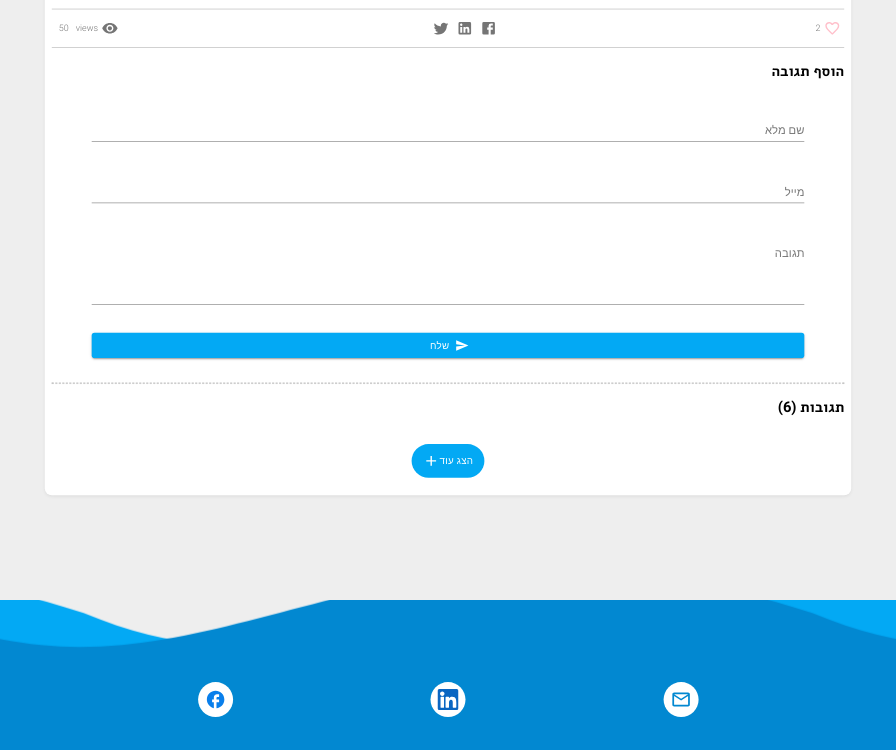
Repository: Ylan-sayada/blog-web-junior
Page: /article/1
These files come from the project's save history. The page is drawn as it stood at one moment and after the next save; the edit follows.
The browser window is 1280 px wide. The pictures show the part of the page from y = 529 to 2449 px (the page is 1600 px tall before and 2449 px after), at 70% of full size.
The project was rebuilt for these pictures with package versions that can differ from the ones it lists, and the page was loaded fresh each time. Also part of the build but not shown: src/common/mainComponents/Header.tsx, src/utils/isEmail.ts, src/common/vendorComponents/materialUi/input/NewsletterInput.tsx, src/utils/getRect.ts, src/common/mainComponents/Newsletter.tsx, src/common/components/ect/Img.tsx, src/common/components/ect/PreviewArticle.tsx, src/common/mainComponents/ArticleWidgetGenerator.tsx and 4 more.

Above is the page before, as saved 2021-06-04 11:49:38.

After the next save:
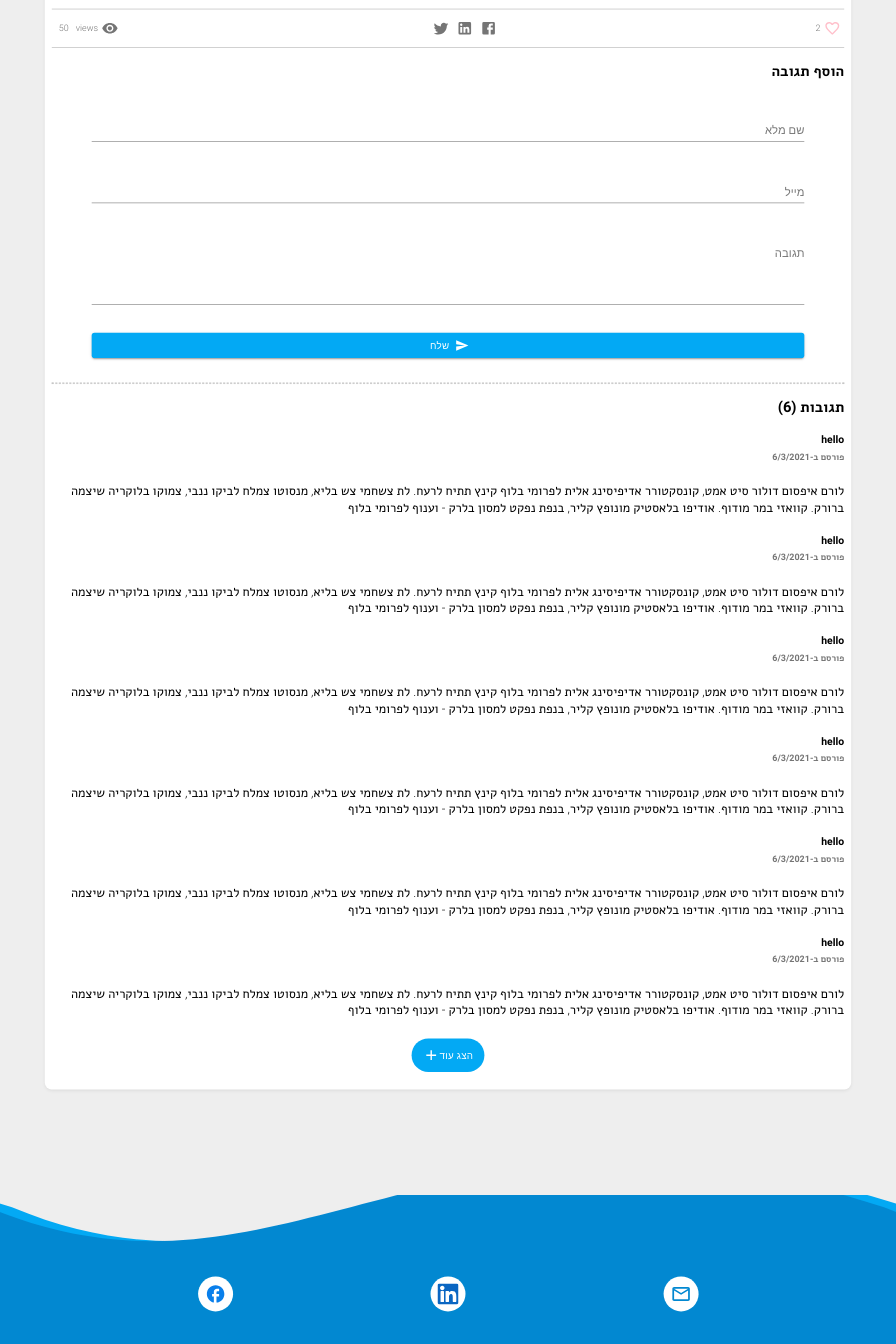
Saved 32 s later.
--- a/src/common/components/ect/MessageInterface.tsx
+++ b/src/common/components/ect/MessageInterface.tsx
@@ -33,7 +33,7 @@ export default function MessageInterface() {
             <FineSep dashed />
             <h3>תגובות (6)  </h3>
             {comments.length === 0 ? <CircularProgress /> : comments.map((comment, index) => {
-                <Comments comments={comment} key={index} />
+                return <Comments comments={comment} key={index} />
             })}
             <div style={{
                 display: 'flex', justifyContent: 'center'
